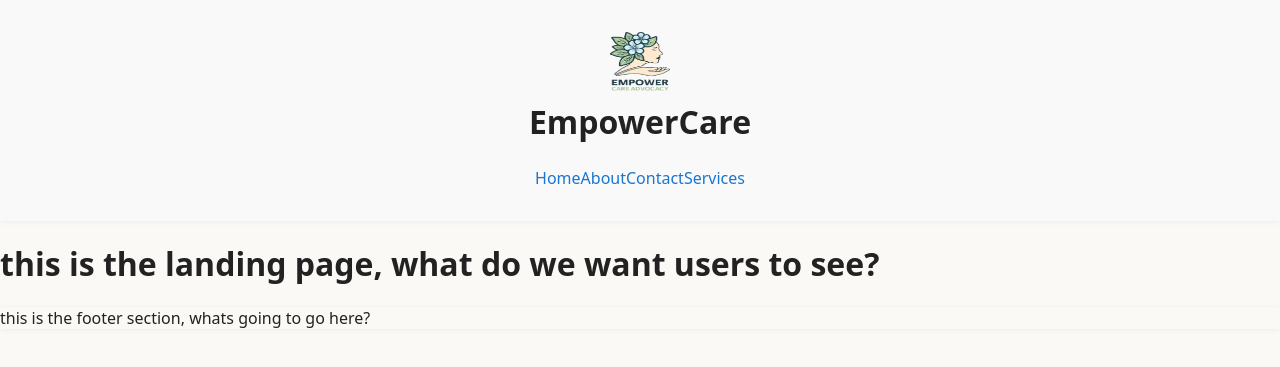
Repository: mcamarco/empowercare
Page: /
These files come from the project's save history. The page is drawn as it stood at one moment and after the next save; the edit follows.
The browser window is 1280 px wide. The pictures show the whole page.
The project was rebuilt for these pictures with package versions that can differ from the ones it lists, and the page was loaded fresh each time. The framework's server and built-in components were replaced by stand-ins that run in the browser. Also part of the build but not shown: next.config.ts.

Above is the page before, as saved 2025-05-29 12:32:53.

### src/app/layout.tsx
// Imports
import Navigation from '@/components/Navigation'
import Header from '@/components/Header'
import Footer from '@/components/Footer'
import './globals.css'

// Export the RootLayout component as the default export
export default function RootLayout({ children }) {
  // The RootLayout component receives 'children' as a prop, which will be the content of each specific page
  return (
    // Set the language of the HTML document to English
    <html lang="en">
      <body>
        {/* Render the Header component at the top of every page */}
        <Header />
        {/* Render the Navigation component below the header on every page */}
        {/* <Navigation /> */}
        {/* Render the main content of the current page */}
        <main>
          {children}
        </main>
        {/* Render the Footer component at the bottom of every page */}
        <Footer />
      </body>
    </html>
  )
}

### src/app/page.tsx
export default function Home() {
  return (
    <main>
      <h1>this is the landing page, what do we want users to see? </h1>
    </main>
  );
}

### src/components/Header.tsx
import Image from "next/image";
import Navigation from "./Navigation";

export default function Header() {
  return (
    <header style={{ padding: "2rem 0", textAlign: "center", background: "#f9f9f9" }}>
      <div style={{ display: "flex", flexDirection: "column", alignItems: "center" }}>
        <Image src="/logo.png" alt="Company Logo" width={60} height={60} />
        <h1 style={{ margin: "0.5rem 0 0.5rem 0" }}>EmpowerCare</h1>
      </div>
      <Navigation />
    </header>
  );
}

### src/components/Footer.tsx
export default function Footer() {
  return (
    <footer>
      <p> this is the footer section, whats going to go here?</p>
    </footer>
  );
}

### src/app/globals.css
body {
  margin: 0;
  font-family: system-ui, sans-serif;
  background: #faf9f6;
  color: #222;
}

a {
  text-decoration: none;
  color: #1976d2;
}

a:hover {
  text-decoration: underline;
}

header, footer {
  box-shadow: 0 1px 6px rgba(0,0,0,0.05);
}

### src/components/Navigation.tsx
import Link from "next/link";

export default function Navigation() {
  return (
    <nav style={{ marginTop: "1rem" }}>
      <Link href="/">Home</Link>
      <Link href="/about">About</Link>
      <Link href="/contact">Contact</Link>
      <Link href="/services">Services</Link>
    </nav>
  );
}

After the next save:
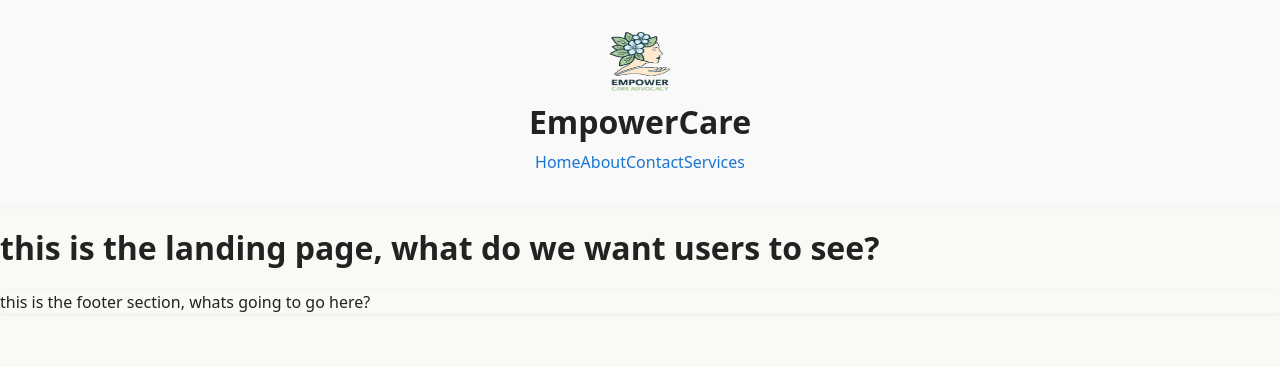
Saved 41 s later.
--- a/src/components/Navigation.tsx
+++ b/src/components/Navigation.tsx
@@ -2,7 +2,7 @@ import Link from "next/link";
 
 export default function Navigation() {
   return (
-    <nav style={{ marginTop: "1rem" }}>
+    <nav>
       <Link href="/">Home</Link>
       <Link href="/about">About</Link>
       <Link href="/contact">Contact</Link>
